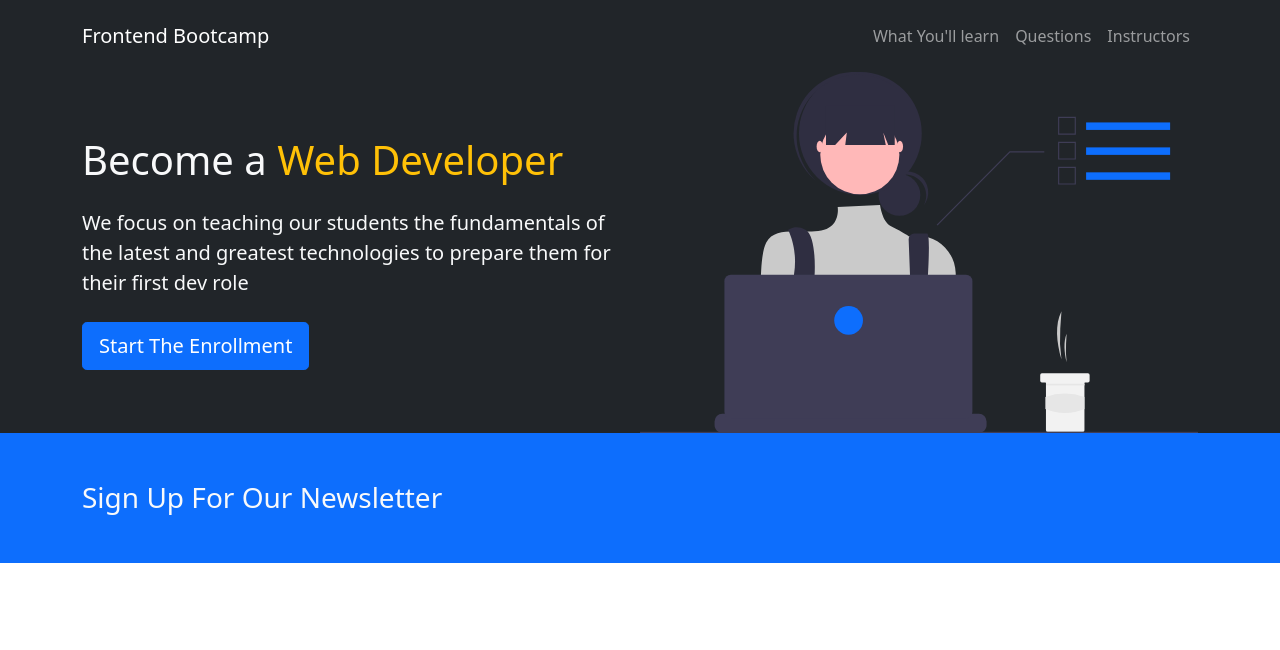
Repository: Marhamat92/Bootstrap5-Responsive-Website-
Page: index.html
An editor plug-in stored every save of this project. The page is shown before and after the next save, followed by the edit.
The browser window is 1280 px wide. The pictures show the whole page.

Above is the page before, as saved 2021-09-18 16:34:17.

### index.html
<!DOCTYPE html>
<html lang="en">

<head>
    <meta charset="UTF-8">
    <meta http-equiv="X-UA-Compatible" content="IE=edge">
    <meta name="viewport" content="width=device-width, initial-scale=1.0">
    <link href="https://cdn.jsdelivr.net/npm/bootstrap@5.0.2/dist/css/bootstrap.min.css" rel="stylesheet"
        integrity="sha384-EVSTQN3/azprG1Anm3QDgpJLIm9Nao0Yz1ztcQTwFspd3yD65VohhpuuCOmLASjC" crossorigin="anonymous">
    <link rel="stylesheet" href="style.css">
    <title>Frontend Bootcamp</title>

</head>

<body>
    <!--Navbar-->
    <nav class="navbar navbar-expand-lg bg-dark navbar-dark py-3">
        <div class="container">
            <a href="#" class="navbar-brand">Frontend Bootcamp</a>
            <button class="navbar-toggler" type="button" data-bs-toggle="collapse" data-bs-target="#navmenu">
                <span class="navbar-toggler-icon"></span>
            </button>
            <div class="collapse navbar-collapse" id="navmenu">
                <ul class="navbar-nav ms-auto">
                    <li class="nav-item">
                        <a href="#learn" class="nav-link">What You'll learn</a>
                    </li>
                    <li class="nav-item">
                        <a href="#questions" class="nav-link">Questions</a>
                    </li>
                    <li class="nav-item">
                        <a href="#instructors" class="nav-link">Instructors</a>
                    </li>
                </ul>
            </div>
        </div>
    </nav>

<!--Showcase-->

<section class="bg-dark text-light p-5 p-lg-0 text-center text-sm-start">
    <div class="container">
      <div class="d-sm-flex align-items-center justify-content-between">
          <div>
              <h1>Become a <span class="text-warning">Web Developer</span> </h1>
              <p class="lead my-4">We focus on teaching our students the fundamentals of the latest and
                  greatest technologies to prepare them for their first dev role
              </p>
              <button class="btn btn-primary btn-lg">Start The Enrollment</button>
          </div>
          <img class="img-fluid w-50 d-none d-sm-block" src="img/showcase.svg" alt="showcase">
      </div>
    </div>
</section>


<!--Newsletter-->
<section class=" bg-primary text-light p-5">
    <div class="container">
      <div class="d-md-flex justify-content-between align-items-center">
        <h3 class="mb-3 mb-md-0">Sign Up For Our Newsletter</h3>


      </div>
    </div>
</section>






















    <script src="https://cdn.jsdelivr.net/npm/bootstrap@5.0.2/dist/js/bootstrap.bundle.min.js"
        integrity="sha384-MrcW6ZMFYlzcLA8Nl+NtUVF0sA7MsXsP1UyJoMp4YLEuNSfAP+JcXn/tWtIaxVXM" crossorigin="anonymous">
    </script>
</body>

</html>

Loaded but not shown: style.css (no copy from this time; the picture is the same without it)

After the next save:
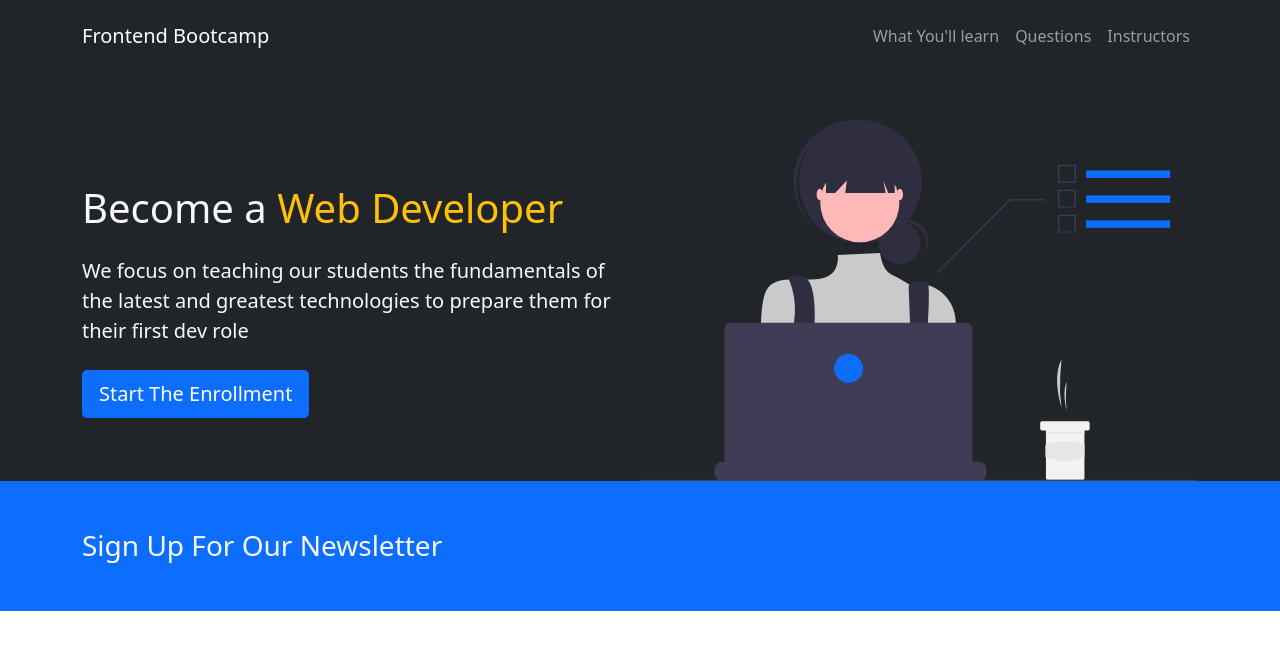
Saved 95 s later.
--- a/index.html
+++ b/index.html
@@ -38,7 +38,7 @@
 
 <!--Showcase-->
 
-<section class="bg-dark text-light p-5 p-lg-0 text-center text-sm-start">
+<section class="bg-dark text-light p-5 p-lg-0 pt-lg-5 text-center text-sm-start">
     <div class="container">
       <div class="d-sm-flex align-items-center justify-content-between">
           <div>
